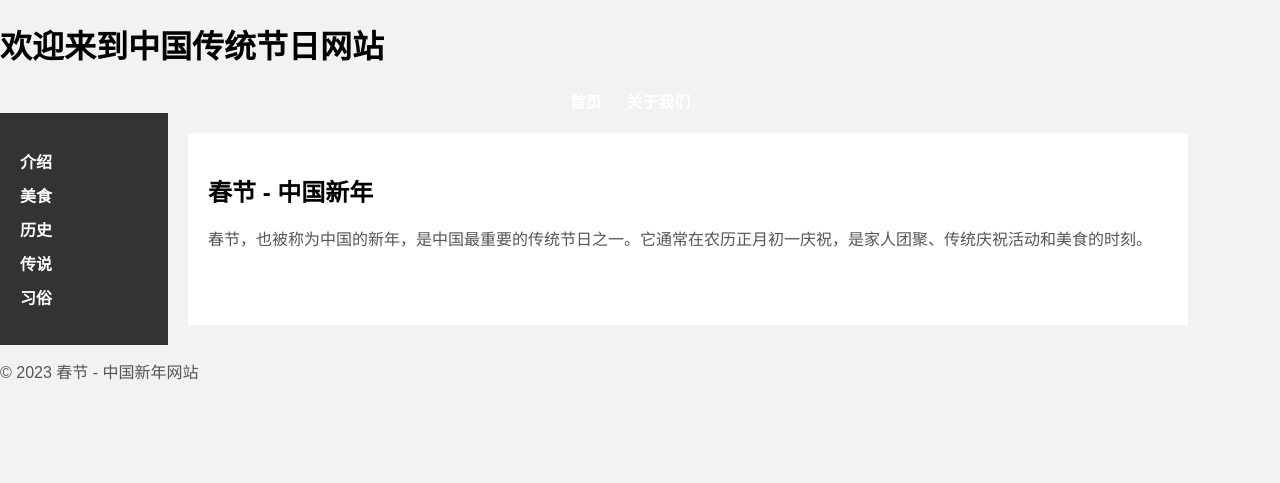
Repository: XueJie1/computer-operation-basics
Page: pages/springfestival/spf.html
An editor plug-in stored every save of this project. The page is shown before and after the next save, followed by the edit.
The browser window is 1280 px wide. The pictures show the whole page.

Above is the page before, as saved 2023-08-30 17:38:54.

After the next save:
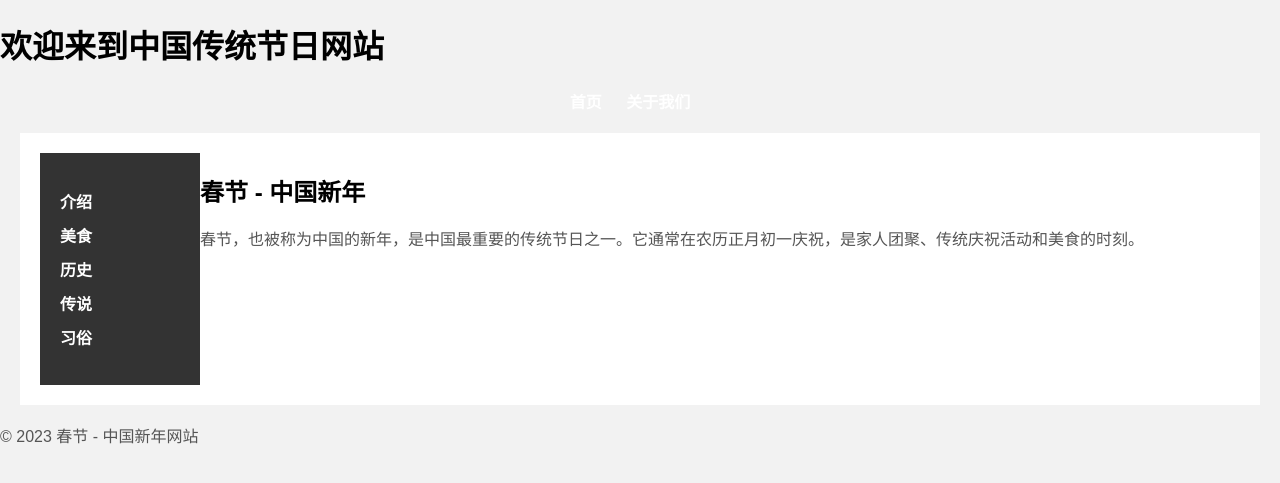
Saved 5 s later.
--- a/pages/springfestival/spf.html
+++ b/pages/springfestival/spf.html
@@ -18,19 +18,19 @@
             </ul>
         </nav>
     </div>
+    <main>
+        <div class="container">
+            <div class="sidebar">
+                <!-- 侧边栏 -->
+                <ul>
+                    <li><a href="#introduction">介绍</a></li>
+                    <li><a href="#cuisine">美食</a></li>
+                    <li><a href="#history">历史</a></li>
+                    <li><a href="#legend">传说</a></li>
+                    <li><a href="#customs">习俗</a></li>
+                </ul>
+            </div>
 
-    <div class="container">
-        <div class="sidebar">
-            <!-- 侧边栏 -->
-            <ul>
-                <li><a href="#introduction">介绍</a></li>
-                <li><a href="#cuisine">美食</a></li>
-                <li><a href="#history">历史</a></li>
-                <li><a href="#legend">传说</a></li>
-                <li><a href="#customs">习俗</a></li>
-            </ul>
-        </div>
-        <main>
             <!-- 介绍 -->
             <section id="introduction">
                 <h1>春节 - 中国新年</h1>
@@ -60,7 +60,7 @@
                 <h2>习俗</h2>
                 <p>春节有许多独特的习俗，如贴春联、舞龙舞狮、赏花灯、给红包等。这些习俗代代传承，为节日增添了色彩。</p>
             </section>
-        </main>
+    </main>
     </div>
 
     <div class="footer">
